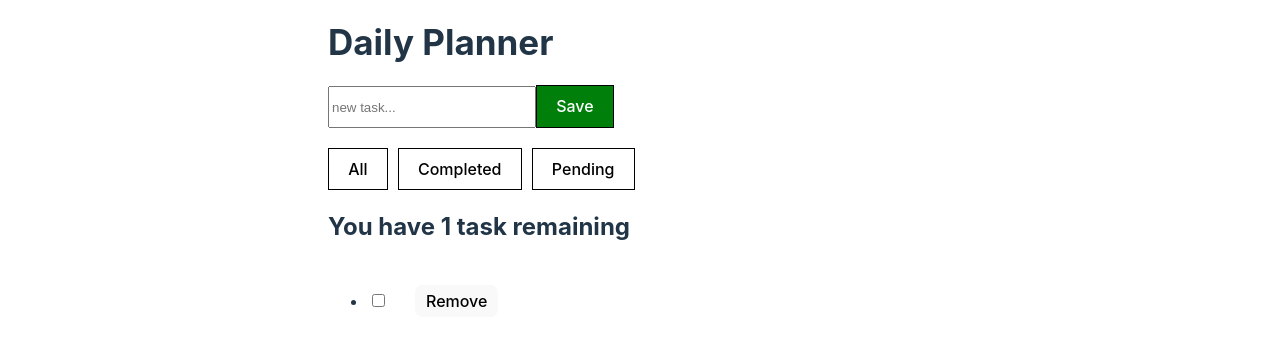
Repository: leslie179/lab4
Page: / (app in lab4/), after clicking the first element matching `button.save`
The author's editor kept a copy of each file at every save. The page is drawn from the files as they stood at one save, then again after the next save.
The browser window is 1280 px wide. The pictures show the whole page.
The project was rebuilt for these pictures with package versions that can differ from the ones it lists, and the page was loaded fresh each time. Also part of the build but not shown: lab4/vite.config.js.

Above is the page before, as saved 2024-10-27 18:58:59.

After the next save:
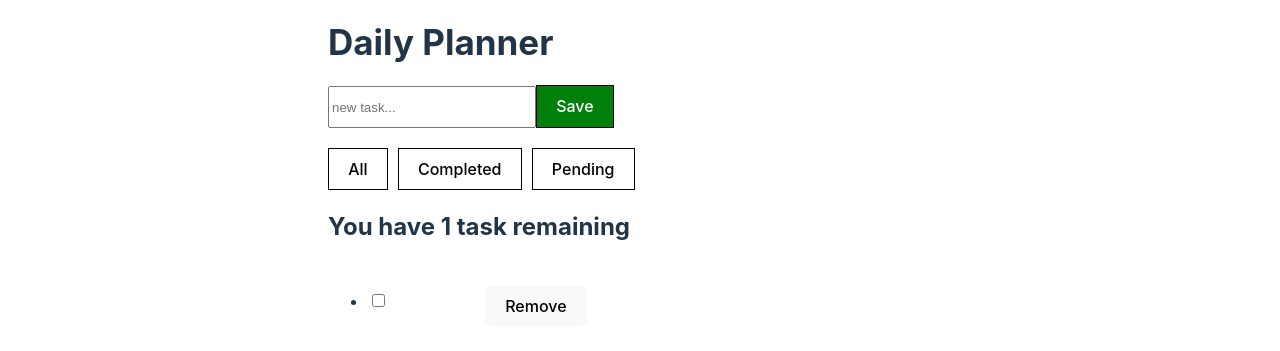
Saved 10 s later.
--- a/lab4/src/App.css
+++ b/lab4/src/App.css
@@ -34,18 +34,12 @@ h1{
 }
 
 .task-button{
-  margin-left: 10px;
-  padding: 5px 10px;
+  position: absolute
 }
 .task-font{
   font-weight: bold;
   font-size: 20px;
-  flex-grow: 1;
-  min-width: 150px;
-  max-width: 300px;
-  overflow: hidden;
-  text-overflow: ellipsis;
-  white-space: nowrap;
+  margin-right: 80px;
 }
 
 .h2{
